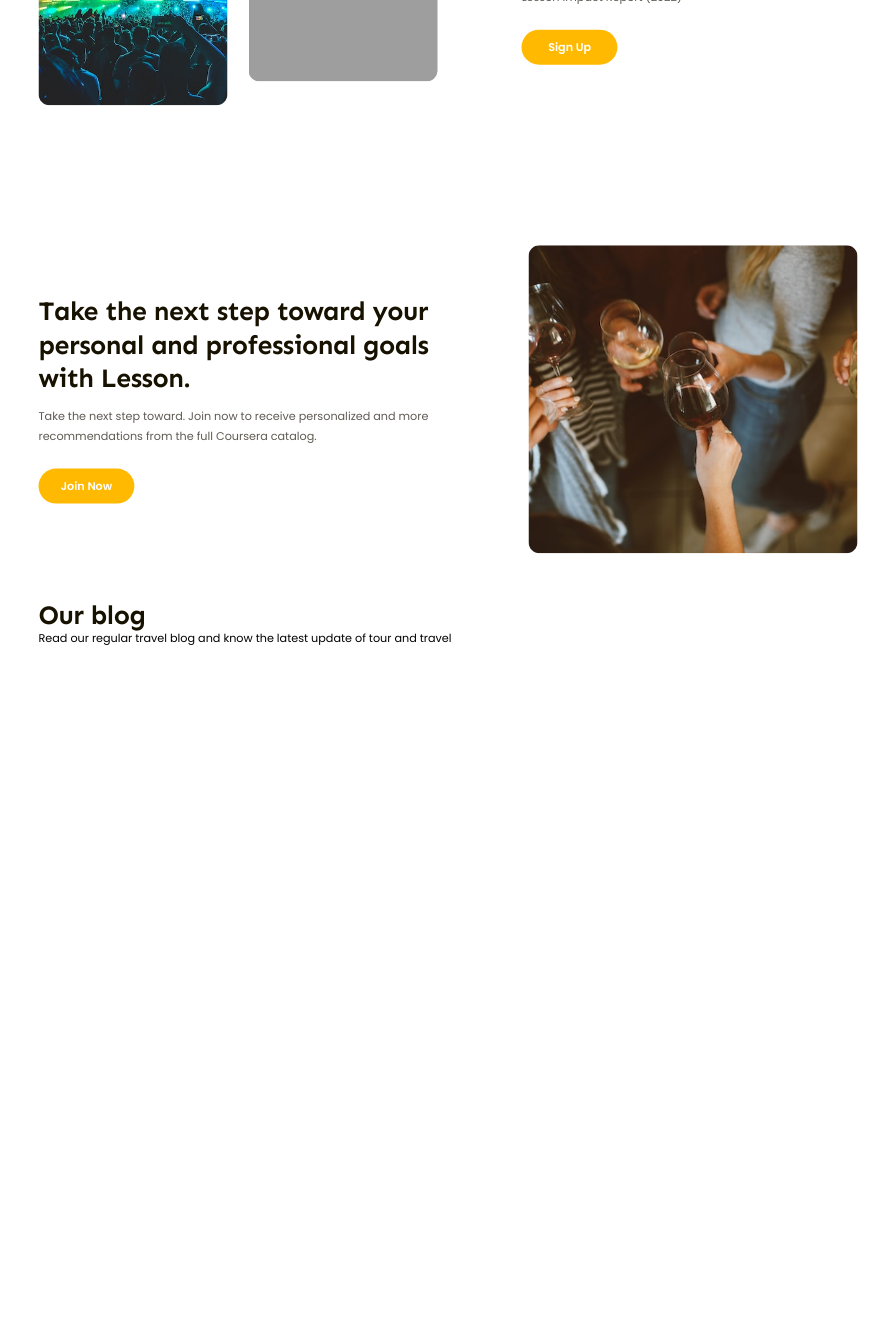
Repository: anhtien111198/f8-htmlcss-02
Page: index.html
These files come from the project's save history. The page is drawn as it stood at one moment and after the next save; the edit follows.
The browser window is 1280 px wide. The pictures show the part of the page from y = 2819 to 4739 px (the page is 5000 px tall), at 70% of full size.
Pictures or frames that could not be fetched are drawn as grey boxes. A picture or video elsewhere on the page could not be fetched, so the positions and the page height are approximate.

Above is the page before, as saved 2023-05-09 15:57:18.

### index.html
<!DOCTYPE html>
<html lang="en">
    <head>
        <meta charset="UTF-8" />
        <meta http-equiv="X-UA-Compatible" content="IE=edge" />
        <meta name="viewport" content="width=device-width, initial-scale=1.0" />
        <title>F8 project 02</title>
        <!-- reset css -->
        <link rel="stylesheet" href="./assets/css/reset.css" />
        <!-- font style -->
        <link rel="preconnect" href="https://fonts.googleapis.com" />
        <link rel="preconnect" href="https://fonts.gstatic.com" crossorigin />
        <link
            href="https://fonts.googleapis.com/css2?family=Poppins:ital,wght@0,400;0,500;0,600;0,700;0,800;0,900;1,400&family=Sen:wght@700&display=swap"
            rel="stylesheet"
        />
        <!-- style css -->
        <link rel="stylesheet" href="./assets/css/style.css" />
    </head>
    <body>
        <main style="height: 5000px">
            <!-- header -->
            <header class="header fixed">
                <div class="main-content">
                    <div class="body">
                        <img
                            src="./assets/img/Logo.svg"
                            alt="lesson."
                            class="logo"
                        />
                        <!-- nav -->
                        <nav class="nav">
                            <ul>
                                <li class="active">
                                    <a href="#!">Home</a>
                                </li>
                                <li>
                                    <a href="#!">Courses</a>
                                </li>
                                <li>
                                    <a href="#!">Pricing</a>
                                </li>
                                <li>
                                    <a href="#!">Reviews</a>
                                </li>
                            </ul>
                        </nav>
                        <!-- action -->
                        <div class="action">
                            <a href="#!" class="btn sign-up-btn">Sign Up</a>
                        </div>
                    </div>
                </div>
            </header>
            <!-- Hero -->
            <div class="hero">
                <div class="main-content">
                    <div class="body">
                        <!-- hero-left -->
                        <div class="media-block">
                            <img
                                src="./assets/img/hero-img-2.jpg"
                                alt="Learn without limits and spread knowledge."
                                class="img"
                            />
                            <div class="hero-summary">
                                <div class="item">
                                    <div class="icon">
                                        <img
                                            src="./assets/icons/list.svg"
                                            alt="list"
                                        />
                                    </div>
                                    <div class="info">
                                        <p class="label">20 Courses</p>
                                        <p class="title">UI/UX Design</p>
                                    </div>
                                </div>

                                <div class="item">
                                    <div class="icon">
                                        <img
                                            src="./assets/icons/code.svg"
                                            alt="list"
                                        />
                                    </div>
                                    <div class="info">
                                        <p class="label">20 Courses</p>
                                        <p class="title">Development</p>
                                    </div>
                                </div>

                                <div class="item">
                                    <div class="icon">
                                        <img
                                            src="./assets/icons/speaker.svg"
                                            alt="list"
                                        />
                                    </div>
                                    <div class="info">
                                        <p class="label">30 Courses</p>
                                        <p class="title">Marketing</p>
                                    </div>
                                </div>
                            </div>
                        </div>
                        <!-- hero right -->
                        <div class="content-block">
                            <h1 class="heading lv1">
                                Learn without limits and spread knowledge.
                            </h1>
                            <p class="desc">
                                Build new skills for that “this is my year”
                                feeling with courses, certificates, and degrees
                                from world-class universities and companies.
                            </p>
                            <div class="cta-group">
                                <a href="" class="btn hero-cta">See Course</a>
                                <button class="watch-video">
                                    <div class="icon">
                                        <img
                                            src="./assets/icons/play.svg"
                                            alt="play"
                                        />
                                    </div>
                                    <span>Watch Video</span>
                                </button>
                            </div>
                            <p class="desc">Recent engagement</p>
                            <p class="desc stats">
                                <strong>50K</strong> Students
                                <strong>70+</strong> Courses
                            </p>
                        </div>
                    </div>
                </div>
            </div>
            <!-- Popular -->
            <div class="popular">
                <div class="main-content">
                    <div class="popular-top">
                        <div class="info">
                            <h2 class="heading lv2">Our popular courses</h2>
                            <p class="desc">
                                Build new skills with new trendy courses and
                                shine for the next future career.
                            </p>
                        </div>
                        <div class="controls">
                            <button class="control-btn">
                                <svg
                                    width="8"
                                    height="14"
                                    viewBox="0 0 8 14"
                                    fill="none"
                                    xmlns="http://www.w3.org/2000/svg"
                                >
                                    <path
                                        d="M7 1L1 7L7 13"
                                        stroke="currentColor"
                                        stroke-linecap="round"
                                        stroke-linejoin="round"
                                    />
                                </svg>
                            </button>
                            <button class="control-btn">
                                <svg
                                    width="8"
                                    height="14"
                                    viewBox="0 0 8 14"
                                    fill="none"
                                    xmlns="http://www.w3.org/2000/svg"
                                >
                                    <path
                                        d="M1 1L7 7L1 13"
                                        stroke="currentColor"
                                        stroke-linecap="round"
                                        stroke-linejoin="round"
                                    />
                                </svg>
                            </button>
                        </div>
                    </div>

                    <div class="course-list">
                        <!-- course 1 -->
                        <div class="course-item">
                            <a href="#!">
                                <img
                                    src="./assets/img/course-1.jpg"
                                    alt="Basic web design"
                                    class="thumb"
                                />
                            </a>
                            <div class="info">
                                <div class="head">
                                    <h3 class="title">
                                        <a
                                            href="#!"
                                            class="line-clamp break-all"
                                        >
                                            Basic web design
                                        </a>
                                    </h3>
                                    <div class="rating">
                                        <img
                                            src="./assets/icons/star.svg"
                                            alt="star"
                                            class="star"
                                        />
                                        <span class="value">4.5</span>
                                    </div>
                                </div>
                                <p class="desc line-clamp line-2 break-all">
                                    Get the best course, gain knowledge and
                                    shine for your future career.
                                </p>
                                <div class="foot">
                                    <span class="price">$120.75</span>
                                    <button class="btn book-btn">
                                        Book Now
                                    </button>
                                </div>
                            </div>
                        </div>

                        <!-- course-2 -->
                        <div class="course-item">
                            <a href="">
                                <img
                                    src="./assets/img/course-2.jpg"
                                    alt="UI/UX design"
                                    class="thumb"
                                />
                            </a>
                            <div class="info">
                                <div class="head">
                                    <h3 class="title">
                                        <a href="" class="line-clamp break-all">
                                            UI/UX design
                                        </a>
                                    </h3>
                                    <div class="rating">
                                        <img
                                            src="./assets/icons/star.svg"
                                            alt="star"
                                            class="star"
                                        />
                                        <span class="value">4.5</span>
                                    </div>
                                </div>
                                <p class="desc line-clamp line-2 break-all">
                                    Get the best course, gain knowledge and
                                    shine for your future career.
                                </p>
                                <div class="foot">
                                    <span class="price">$120.75</span>
                                    <button class="btn book-btn">
                                        Book Now
                                    </button>
                                </div>
                            </div>
                        </div>
                        <!-- course 3 -->
                        <div class="course-item">
                            <a href="">
                                <img
                                    src="./assets/img/course-3.jpg"
                                    alt="Web App design"
                                    class="thumb"
                                />
                            </a>
                            <div class="info">
                                <div class="head">
                                    <h3 class="title">
                                        <a href="" class="line-clamp break-all"
                                            >Web App design</a
                                        >
                                    </h3>
                                    <div class="rating">
                                        <img
                                            src="./assets/icons/star.svg"
                                            alt="star"
                                            class="star"
                                        />
                                        <span class="value">4.5</span>
                                    </div>
                                </div>
                                <p class="desc line-clamp line-2 break-all">
                                    Get the best course, gain knowledge and
                                    shine for your future career.
                                </p>
                                <div class="foot">
                                    <span class="price">$120.75</span>
                                    <button class="btn book-btn">
                                        Book Now
                                    </button>
                                </div>
                            </div>
                        </div>
                    </div>
                </div>
            </div>
            <!-- Feedback -->
            <div class="feedback">
                <div class="main-content">
                    <div class="feedback-list">
                        <!-- feedback 1 -->
                        <div class="feedback-item">
                            <div class="info">
                                <img
                                    src="./assets/img/avatar-1.jpg"
                                    alt="Peter Moor"
                                    class="avatar"
                                />
                                <p class="title">Peter Moor</p>
                                <p class="desc">Student of Web Design</p>
                                <div class="dots">
                                    <span class="dot active"></span>
                                    <span class="dot"></span>
                                    <span class="dot"></span>
                                </div>
                            </div>
                            <div class="content">
                                <img
                                    src="./assets/icons/open-quote.svg"
                                    alt=""
                                    class="open-quotes"
                                />
                                <blockquote>
                                    Not only does my resume look
                                    impressive—filled with the names and logos
                                    of world-class institutions—but these
                                    certificates also bring me closer to my
                                    career goals by validating the skills I've
                                    learned."
                                </blockquote>
                            </div>
                        </div>
                        <!-- feedback 2 -->
                        <div class="feedback-item">
                            <div class="info">
                                <img
                                    src="./assets/img/feedback-avatar-2.jpg"
                                    alt="Peter Moor"
                                    class="avatar"
                                />
                                <p class="title">Peter Moor</p>
                                <p class="desc">Student of Web Design</p>
                                <div class="dots">
                                    <span class="dot"></span>
                                    <span class="dot active"></span>
                                    <span class="dot"></span>
                                </div>
                            </div>
                            <div class="content">
                                <img
                                    src="./assets/icons/open-quote.svg"
                                    alt=""
                                    class="open-quotes"
                                />
                                <blockquote>
                                    Not only does my resume look
                                    impressive—filled with the names and logos
                                    of world-class institutions—but these
                                    certificates also bring me closer to my
                                    career goals by validating the skills I've
                                    learned."
                                </blockquote>
                            </div>
                        </div>
                        <!-- feedback 3 -->
                        <div class="feedback-item">
                            <div class="info">
                                <img
                                    src="./assets/img/feedback-avatar-3.jpg"
                                    alt="Peter Moor"
                                    class="avatar"
                                />
                                <p class="title">Peter Moor</p>
                                <p class="desc">Student of Web Design</p>
                                <div class="dots">
                                    <span class="dot"></span>
                                    <span class="dot"></span>
                                    <span class="dotactive"></span>
                                </div>
                            </div>
                            <div class="content">
                                <img
                                    src="./assets/icons/open-quote.svg"
                                    alt=""
                                    class="open-quotes"
                                />
                                <blockquote>
                                    Not only does my resume look
                                    impressive—filled with the names and logos
                                    of world-class institutions—but these
                                    certificates also bring me closer to my
                                    career goals by validating the skills I've
                                    learned."
                                </blockquote>
                            </div>
                        </div>
                    </div>
                </div>
            </div>
            <!-- Features 1 -->
            <div class="features">
                <div class="main-content">
                    <div class="body">
                        <div class="images">
                            <img
                                class="lower"
                                src="./assets/img/feature-1.jpg"
                                alt="Learner outcomes through our awesome platform"
                            />
                            <img
                                src="./assets/img/feature-2.jpg"
                                alt="Learner outcomes through our awesome platform"
                            />
                        </div>
                        <div class="content">
                            <h2 class="heading lv2">
                                Learner outcomes through our awesome platform
                            </h2>
                            <p class="desc">
                                87% of people learning for professional
                                development report career benefits like getting
                                a promotion, a raise, or starting a new career.
                            </p>
                            <p class="desc">Lesson Impact Report (2022)</p>
                            <a href="#!" class="btn cta-btn">Sign Up</a>
                        </div>
                    </div>
                </div>
            </div>

            <!-- Features 2 -->
            <div class="features features-2">
                <div class="main-content">
                    <div class="body">
                        <div class="images">
                            <img
                                src="./assets/img/feature-3.jpg"
                                alt="Take the next step toward your personal and professional goals with Lesson."
                            />
                        </div>
                        <div class="content">
                            <h2 class="heading lv2">
                                Take the next step toward your personal and
                                professional goals with Lesson.
                            </h2>
                            <p class="desc">
                                Take the next step toward. Join now to receive
                                personalized and more recommendations from the
                                full Coursera catalog.
                            </p>
                            <a href="#!" class="btn cta-btn">Join Now</a>
                        </div>
                    </div>
                </div>
            </div>
            <!-- Blog -->
            <div class="blog">
                <div class="main-content">
                    <div class="blog-top">
                        <h2 class="heading lv2">Our blog</h2>
                        <p class="desc">
                            Read our regular travel blog and know the latest
                            update of tour and travel
                        </p>
                    </div>
                </div>
            </div>
        </main>
    </body>
</html>

Loaded but not shown: assets/css/reset.css (common file); assets/css/style.css (477 lines, source omitted)

After the next save:
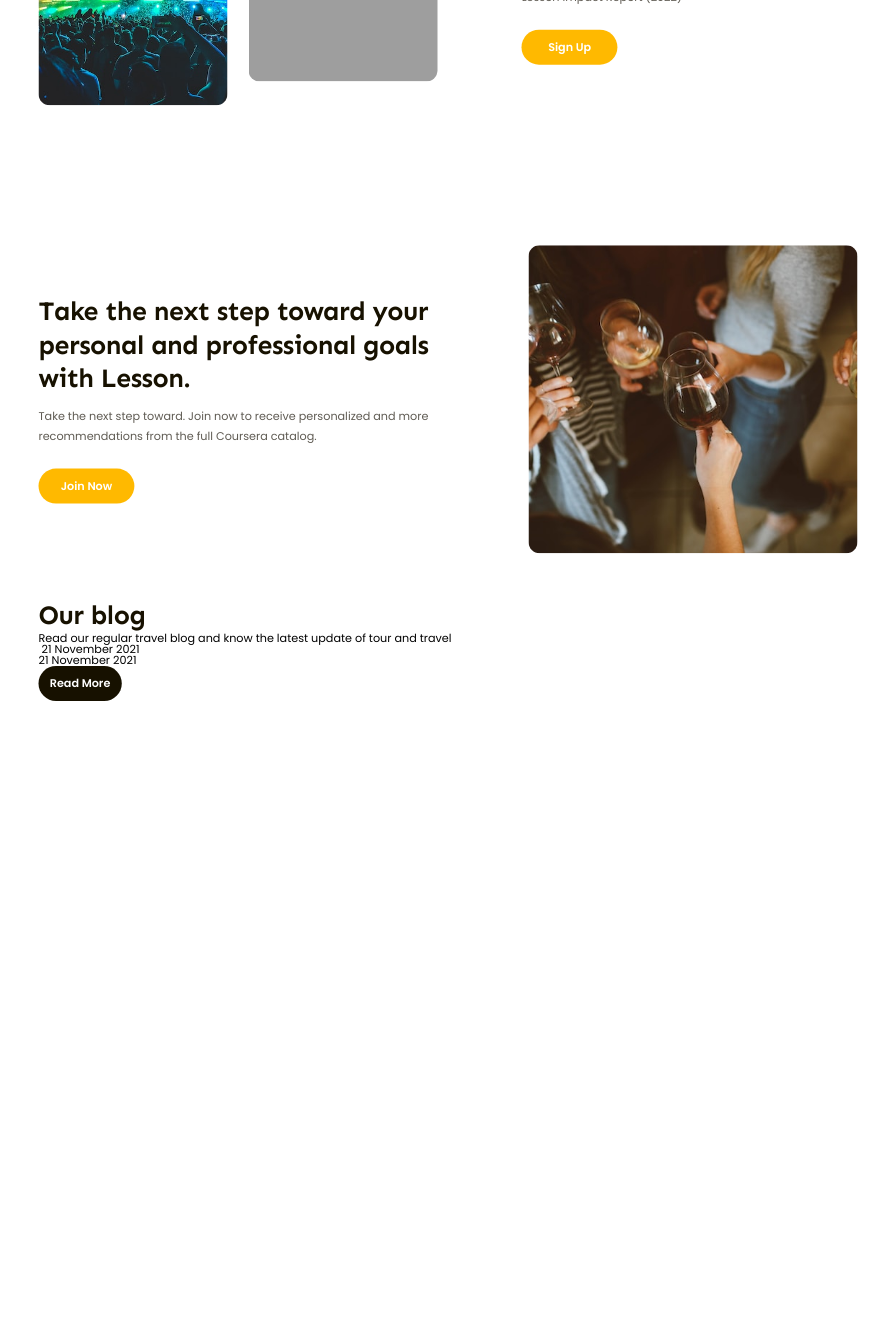
Saved 2 min 8 s later.
--- a/index.html
+++ b/index.html
@@ -470,6 +470,14 @@
                             update of tour and travel
                         </p>
                     </div>
+                    <div class="blog-list">
+                        <div class="item">
+                            <img src="" alt="" class="thum" />
+                            <span class="date">21 November 2021</span>
+                            <h3 class="title">21 November 2021</h3>
+                            <a href="" class="btn">Read More</a>
+                        </div>
+                    </div>
                 </div>
             </div>
         </main>
